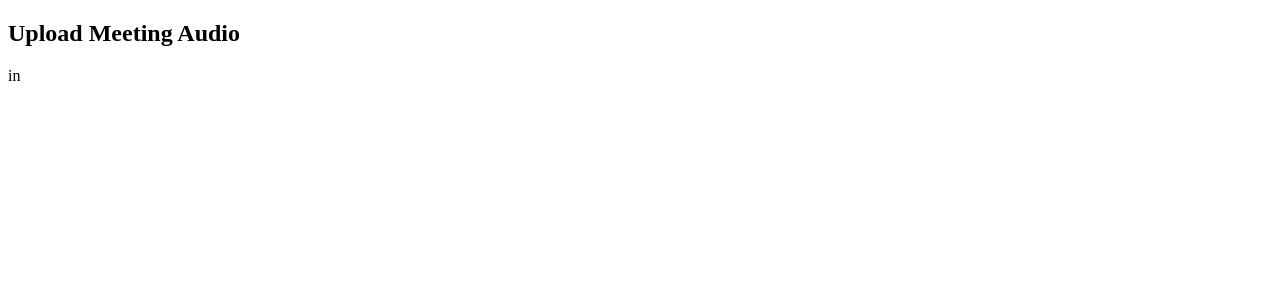
Repository: MujtabaHabib/Voice-AI-Meeting-Assistant
Page: index.html
An editor plug-in stored every save of this project. The page is shown before and after a run of saves, followed by the edit.
The browser window is 1280 px wide. The pictures show the whole page.

Above is the page before, as saved 2026-02-01 20:51:56.

After the next 4 saves:
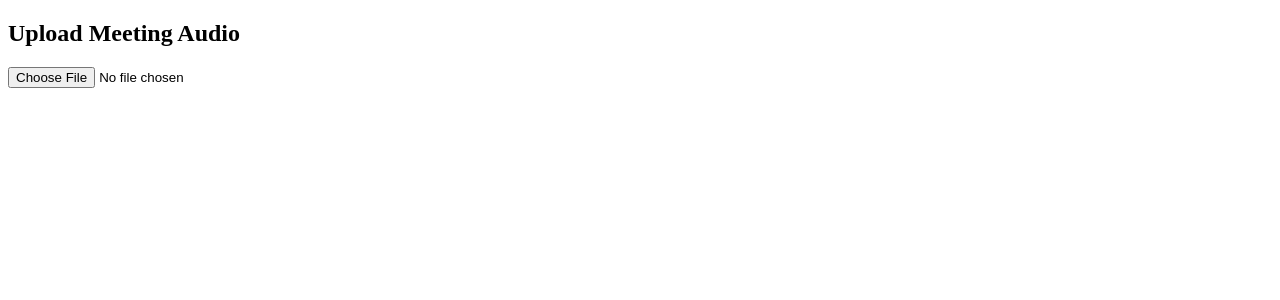
The 4 saves are shown as one change because they came seconds apart.
The last was saved 10 s later.
--- a/index.html
+++ b/index.html
@@ -8,7 +8,7 @@
 <body>
     <h2>Upload Meeting Audio</h2>
 
-    in
+    <input type="file" name="" id="">
 
 </body>
 </html>
